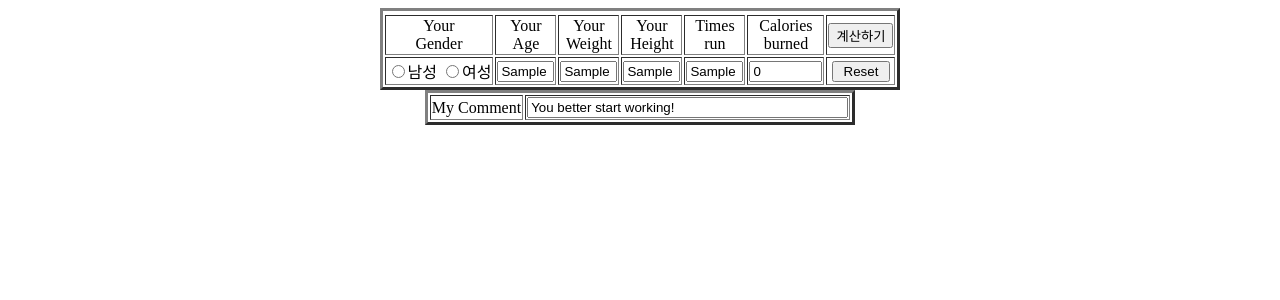
Repository: lgy880/AIWebDevelopment
Page: RUN_WAY/src/main/resources/static/html/ver2.html
These files come from the project's save history. The page is drawn as it stood at one moment and after the next save; the edit follows.
The browser window is 1280 px wide. The pictures show the whole page.
Empty fields were first filled with sample values (such as "Sample", 5 or name@example.com).
After loading, the first visible `input` was clicked once.

Above is the page before, as saved 2021-08-05 06:54:19.

### RUN_WAY/src/main/resources/static/html/ver2.html
<!DOCTYPE html>
<html>
<head>
<meta charset="UTF-8">
<TITLE>New Document</TITLE>
<META NAME="Generator" CONTENT="EditPlus">
<META NAME="Author" CONTENT="">
<META NAME="Keywords" CONTENT="">
<META NAME="Description" CONTENT="">
</HEAD>

<BODY>
	<SCRIPT LANGUAGE="JavaScript">
		var myGender;
		var myAge;
		var myHeight;
		var myWeight;
		var myDistance;

		function HowMany(form) {
			var difference;
			difference = 0;
			if (myGender == "Male") {
				difference = (66 + (13.7 * myWeight(kg)) + (5 * myHeight(cm)) - (6.8 * myAge)) * 3 / 24 * myTime;
			} else if (myGender == "Female") {
				difference = (55 + (9.6 * myWeight(kg)) + (1.8 * myHeight(cm)) - (4.7 * myAge)) * 3 / 24 * myTime;
			}

			form.Fdiff.value = difference;

			if (difference < 100) {
				form.comment.value = "You better start working!";
			}
			if (difference > 101 && difference < 200) {
				form.comment.value = "Nice run, but you can do better.";
			}
			if (difference > 201 && difference < 300) {
				form.comment.value = "Very good! Push above 300 next time.";
			}
			if (difference > 301 && difference < 500) {
				form.comment.value = "Great! Your a runner.....keep it up!";
			}
			if (difference > 501 && difference < 700) {
				form.comment.value = "Bill Rogers move over!";
			}
			if (difference > 701) {
				form.comment.value = "Your my hero! Have a jelly doughnut.";
			}

		}

		function SetMyWeight(weight) {
			myWeight = weight.value;
		}

		function SetmyDistance(dis) {
			myDistance = dis.value;
		}

		function ClearForm(form) {

			form.myWeight.value = "";
			form.myDistance.value = "";
			form.Fdiff.value = "";
			form.comment.value = "";

		}
	</SCRIPT>
	<center>
		<FORM METHOD="POST">
			<TABLE border=3>
				<TR>
				<TR>
					<TD><div align=center>
							Your<br>Gender
						</div></TD>
					<TD><div align=center>
							Your<br>Age
						</div></TD>
					<TD><div align=center>
							Your<br>Weight
						</div></TD>
					<TD><div align=center>
							Your<br>Height
						</div></TD>
					<TD><div align=center>
							Times<br>run
						</div></TD>

					<TD><div align=center>
							Calories<br>burned
						</div></TD>
					<TD><INPUT TYPE=BUTTON ONCLICK="HowMany(this.form)"
						VALUE="계산하기"></TD>
				</TR>
				<tr>
					<TD><div align=center>
							<INPUT TYPE='radio' name="Male" value='Male' ONCHANGE="SetmyGender(this)">남성
							<INPUT TYPE='radio' name="Female" value='Female' ONCHANGE="SetmyGender(this)">여성
						</div></TD>
					<TD><div align=center>
							<INPUT TYPE=text NAME=myAge SIZE="4" ONCHANGE="SetmyAge(this)">
						</div></TD>
					<TD><div align=center>
							<INPUT TYPE=text NAME=myWeight SIZE="4"
								ONCHANGE="SetmyWeight(this)">
						</div></TD>
					<TD><div align=center>
							<INPUT TYPE=text NAME=myHeight SIZE="4"
								ONCHANGE="SetmyHeight(this)">
						</div></TD>
					<TD><div align=center>
							<INPUT TYPE=text NAME=myTime SIZE="4" ONCHANGE="SetmyTime(this)">
						</div></TD>
					<TD><div align=center>
							<INPUT TYPE=text NAME="Fdiff" VALUE="" SIZE="6">
						</div></TD>
					<TD><div align=center>
							<INPUT TYPE=BUTTON VALUE=" Reset " onClick="ClearForm(this.form)">
						</div>
				</tr>
			</table>
			<table border=3>
				<tr>
					<TD><DIV ALIGN=CENTER>My Comment</DIV></TD>
					<TD><INPUT TYPE=text NAME="comment" size="37"></td>
				</TR>
			</TABLE>
		</FORM>
	</center>


</BODY>
</HTML>

After the next save:
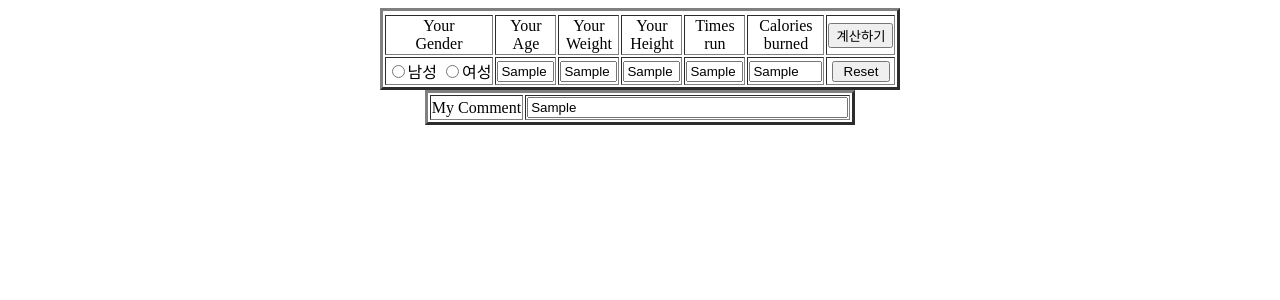
Console error: ReferenceError: kg is not defined
Saved 11 s later.
--- a/RUN_WAY/src/main/resources/static/html/ver2.html
+++ b/RUN_WAY/src/main/resources/static/html/ver2.html
@@ -19,7 +19,7 @@
 
 		function HowMany(form) {
 			var difference;
-			difference = 0;
+			difference = (66 + (13.7 * myWeight(kg)) + (5 * myHeight(cm)) - (6.8 * myAge)) * 3 / 24 * myTime;
 			if (myGender == "Male") {
 				difference = (66 + (13.7 * myWeight(kg)) + (5 * myHeight(cm)) - (6.8 * myAge)) * 3 / 24 * myTime;
 			} else if (myGender == "Female") {
